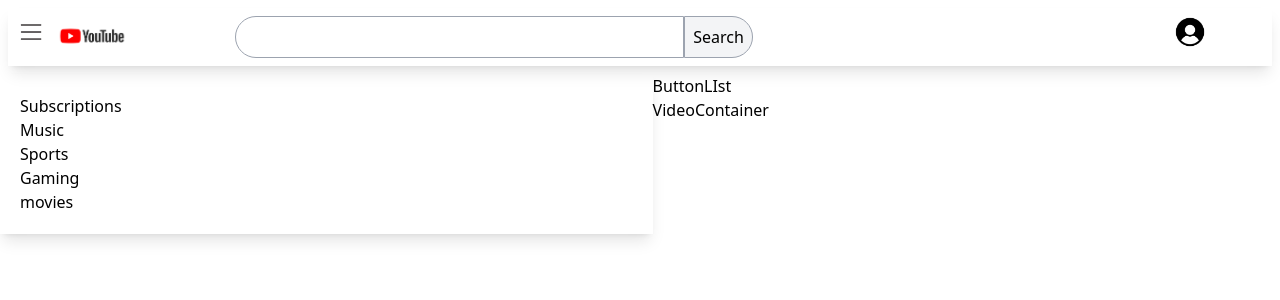
Repository: AmolPawar7181/namaste-youtube
Page: /
The author's editor kept a copy of each file at every save. The page is drawn from the files as they stood at one save, then again after the next save.
The browser window is 1280 px wide. The pictures show the whole page.
The project was rebuilt for these pictures with package versions that can differ from the ones it lists, and the page was loaded fresh each time. Also part of the build but not shown: vite.config.ts.

Above is the page before, as saved 2023-03-19 12:19:51.

### src/App.tsx
import Body from './components/Body';
import Head from './components/Head';
import './index.css';

function App() {

  return (
    <>
    <Head />
    <Body />
    </>
  )
}

export default App;

### src/components/Body.tsx
import React from 'react';
import MainContainer from './MainContainer';
import SideBar from './SideBar';

const Body = () => {
	return (
		<div className='grid grid-flow-col'>
			<SideBar />
			<MainContainer />
		</div>
	);
};

export default Body;

### src/components/Head.tsx
import React from 'react'

const Head = () => {
  return (
    <div className='grid grid-flow-col p-2 m-2 shadow-lg'>
        <div className='flex col-span-1'>
        <img className="h-8" src="data:[embedded picture, 558 characters]" alt="menu"/>
        <img className="h-10 mx-2" src="data:[embedded picture, 4610 characters]" alt="Youtube" />
        </div>
        <div className='col-span-10 px-10'>
            <input className='w-1/2 border border-gray-400 p-2 rounded-l-full' type="text" />
            <button className=' border border-gray-400 p-2 rounded-r-full bg-gray-100'>Search</button>
        </div>
        <div className='col-span-1'>
            <img className="h-8" alt="user" src='data:[embedded picture, 3630 characters]'/>
            </div>
    </div>
  )
}

export default Head

### src/components/MainContainer.tsx
import React from 'react'
import ButtonList from './ButtonLIst';
import VideoContainer from './VideoContainer';

const MainContainer = () => {
  return (
    <div>
        <ButtonList />
        <VideoContainer />
    </div>
  )
}

export default MainContainer

### src/components/SideBar.tsx
import React from 'react';

const SideBar = () => {
	return (
		<div className='p-5 shadow-lg col-span-1'>
			<h1>Subscriptions</h1>
			<ul>
				<li>Music</li>
				<li>Sports</li>
				<li>Gaming</li>
				<li>movies</li>
			</ul>
		</div>
	);
};

export default SideBar;

### src/components/ButtonLIst.tsx
import React from 'react'

const ButtonList = () => {
  return (
    <div>ButtonLIst</div>
  )
}

export default ButtonList;

### tailwind.config.cjs
/** @type {import('tailwindcss').Config} */
module.exports = {
  content: [
    "./index.html",
  "./src/**/*.{js,ts,jsx,tsx}",],
  theme: {
    extend: {},
  },
  plugins: [],
}

Loaded but not shown: index.html (common file); src/main.tsx (common file); src/index.css (common file); src/components/VideoContainer.tsx (common file)

After the next save:
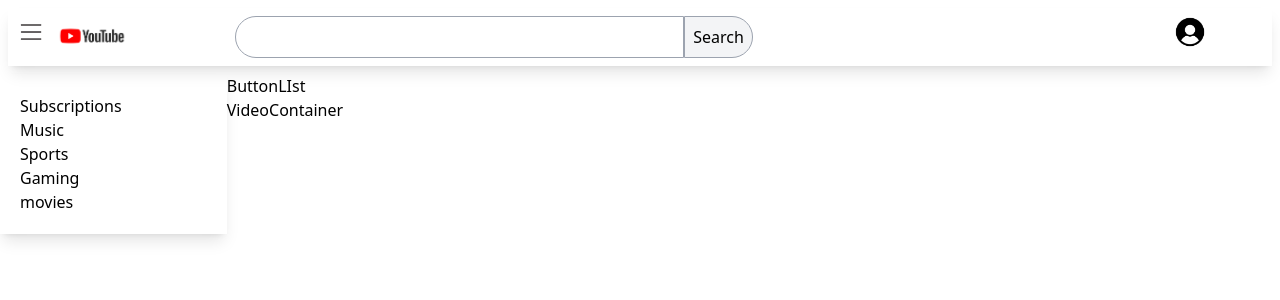
Saved 20 s later.
--- a/src/components/MainContainer.tsx
+++ b/src/components/MainContainer.tsx
@@ -1,14 +1,14 @@
-import React from 'react'
+import React from 'react';
 import ButtonList from './ButtonLIst';
 import VideoContainer from './VideoContainer';
 
 const MainContainer = () => {
-  return (
-    <div>
-        <ButtonList />
-        <VideoContainer />
-    </div>
-  )
-}
+	return (
+		<div className='col-span-11'>
+			<ButtonList />
+			<VideoContainer />
+		</div>
+	);
+};
 
-export default MainContainer
+export default MainContainer;
